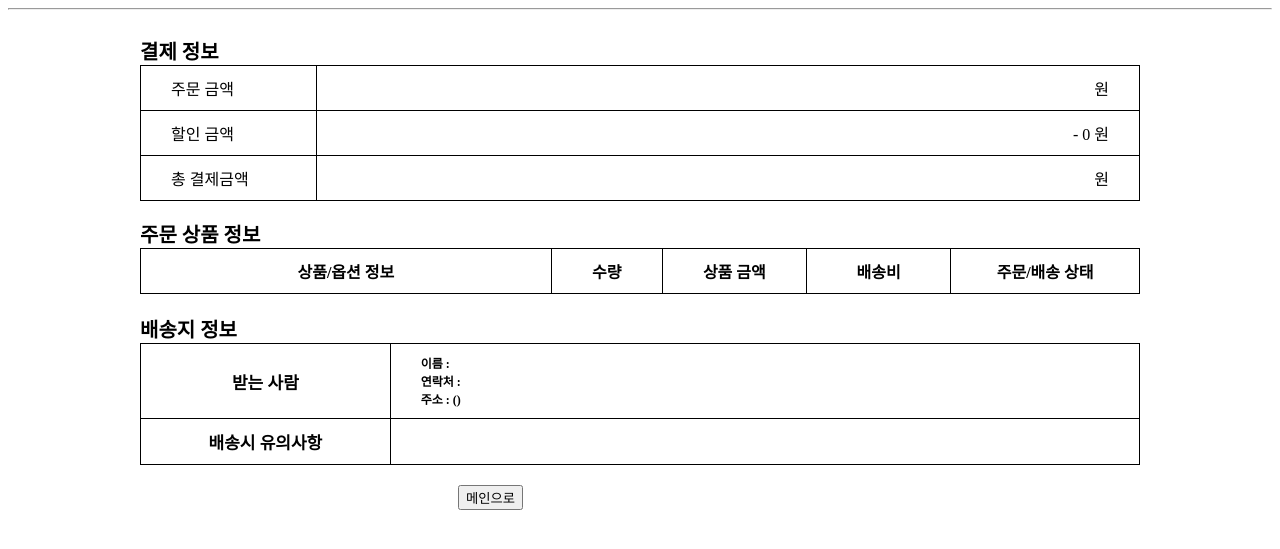
Repository: fellownew/project_workspace
Page: http://localhost/shoppingmall/WEB-INF/view/body/member/member_order_complete.jsp
An editor plug-in stored every save of this project. The page is shown before and after the next save, followed by the edit.
The browser window is 1280 px wide. The pictures show the whole page.
The page is served by Tomcat 9. Nobody is signed in. Other server files are loaded and not shown. The template is opened directly, without the code that normally fills it, so the values that code supplies are empty.

Above is the page before, as saved 2015-06-10 04:53:07.

### shoppingmall/WebContent/WEB-INF/view/body/member/member_order_complete.jsp
<%@ page contentType="text/html; charset=UTF-8"%>
<%@ taglib prefix="c" uri="http://java.sun.com/jsp/jstl/core" %>
<%@ taglib prefix="fmt" uri="http://java.sun.com/jsp/jstl/fmt"%>
<!DOCTYPE html>
<html>
<head>
<meta charset="UTF-8">
<link rel="stylesheet" type="text/css" href="<%=request.getContextPath()%>/css/order.css">
<title>Insert title here</title>
<script type="text/javascript" src="<%=request.getContextPath()%>/script/jquery.js"></script>
<script type="text/javascript">
$(document).ready(function(){
	history.pushState(null, null, location.href);
	window.onpopstate = function(event) {
		history.go(1);
	};

	//뒤로가기 & F5 누르면 alert 창 띄움
	//window.onbeforeunload = function() { return "이동하시겠습니까?"; };
	$(document).keydown(function(){
		 if (event.keyCode == 8 || event.keyCode == 116) {
		  event.keyCode==0;
		  event.cancelBubble = true;
		  event.returnValue = false;
		  return false;
		}
	});

});
history.navigationMode = 'compatible';
function cfHistoryNoBack(){
    if (window.history) {
    //모든 브라우저에서 호출
    //window.history.forward(1);
    window.history.forward(1);
    }
}

	function home(){
		location = "/taommall";
	}
</script>

</head>
<body>

<hr>

	<table class="center">
		<caption style="text-align: left; font-weight: bold; font-size: 20px">결제 정보</caption><br>

			<tr>
				<td style="width:120px">주문 금액</td>
				<td style="text-align:right; width:800px" id="orderPrice"><fmt:formatNumber value="${requestScope.price}"/>원</td>
			</tr>
			<tr>
				<td>할인 금액</td>
				<td align="right">- 0 원</td>
			</tr>
			<tr>
				<td>총 결제금액</td>
				<td align="right" id="sumPrice"><fmt:formatNumber value="${requestScope.price}"/>원</td>
			</tr>

	</table>

	<table class="center">
		<colgroup>
				<col width="37%">
				<col width="10%">
				<col width="13%">
				<col width="13%">
				<col width="17%">
		</colgroup>
		<caption style="text-align: left; font-weight: bold; font-size: 20px">주문 상품 정보</caption><br>
			<tr>
				<th style="width:120px; text-align:center">상품/옵션 정보</th>
				<th style="width:100px; text-align:center">수량</th>
				<th style="width:150px; text-align:center">상품 금액</th>
				<th style="width:100px; text-align:center">배송비</th>
				<th style="width:200px; text-align:center">주문/배송 상태</th>
			</tr>
			<c:forEach items="${requestScope.list}" var="order">
			<tr>
				<td>
					<div style="float: left">
					<img src="<%=request.getContextPath()%>/${order.product.imagePath}" style="width: 100px;height: 100px; "/>
					</div>
					<div class="productName" style="padding-left: 120px"><font size="3">${order.product.productName }</font></div><br>
					<div class="productInfo" style="padding-left: 120px"><font size="2">${order.product.productInfo }</font></div>
				</td>
				<td style="text-align:right">${order.amount}</td>
				<td style="text-align:right"><fmt:formatNumber value="${order.product.productPrice}"/>원</td>
				<td style="text-align:right">무료</td>
				<td style="text-align:right"  collspan="3">${order.status}</td>
			</tr>
			</c:forEach>
		</table>
		<div>
		<table class="center">
		<colgroup>
		<col width="25%">
		<col width="75%">
		</colgroup>
		<caption style="text-align: left; font-weight: bold; font-size: 20px">배송지 정보</caption><br>
			<tr>
				<th style="width:120px; text-align:center" rowspan="1">받는 사람</th>
				<th style="text-align:left">
					<div class="productName">이름 : ${sessionScope.loginInfo.name}</div>
					<div class="productName">연락처 : ${sessionScope.loginInfo.phone }</div>
					<div class="productName">주소 : (${sessionScope.loginInfo.address.postcode }) ${sessionScope.loginInfo.address.addressDetails }</div>
				</th>
			</tr>
			<tr>
				<th style="width:120px; text-align:center">배송시 유의사항</th>
				<td>
				<div class="productName">${requestScope.list[0].recipient.detail }</div>
				</td>
			</tr>
		</table><br>
		</div>
			<button onClick="home()" style="position:relative;left: 450px;margin-bottom: 10px; ">메인으로</button>
</body>
</html>

### shoppingmall/WebContent/css/order.css
div {
	font: 17px "맑은 고딕", 돋움;
}

td, th {
	padding: 10px 30px;
}

table, td, th {
	border: 1px #000 solid;
	border-collapse: collapse;		//서로 이웃하는 테이블이나 셀의 테두리선을 겹쳐서 표현
}
.productName{
font-weight : bold;
font-size:12px;

}
.productInfo{
font-size:10px;

}
.center {
 width:1000px;
 margin:0 auto;
}

Loaded but not shown: shoppingmall/WebContent/script/jquery.js (library)

After the next save:
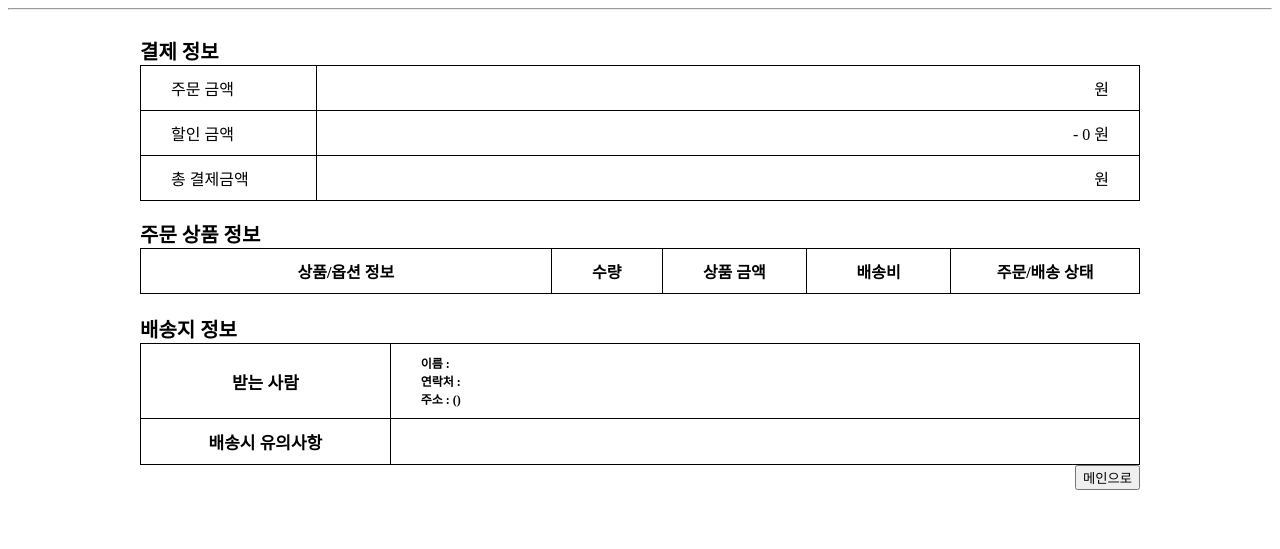
Saved 12 min 43 s later.
--- a/shoppingmall/WebContent/WEB-INF/view/body/member/member_order_complete.jsp
+++ b/shoppingmall/WebContent/WEB-INF/view/body/member/member_order_complete.jsp
@@ -117,8 +117,11 @@ function cfHistoryNoBack(){
 				<div class="productName">${requestScope.list[0].recipient.detail }</div>
 				</td>
 			</tr>
+			<caption style="text-align:right" align="bottom">
+				<button onClick="home()">메인으로</button>
+			</caption>
 		</table><br>
 		</div>
-			<button onClick="home()" style="position:relative;left: 450px;margin-bottom: 10px; ">메인으로</button>
+
 </body>
 </html>
